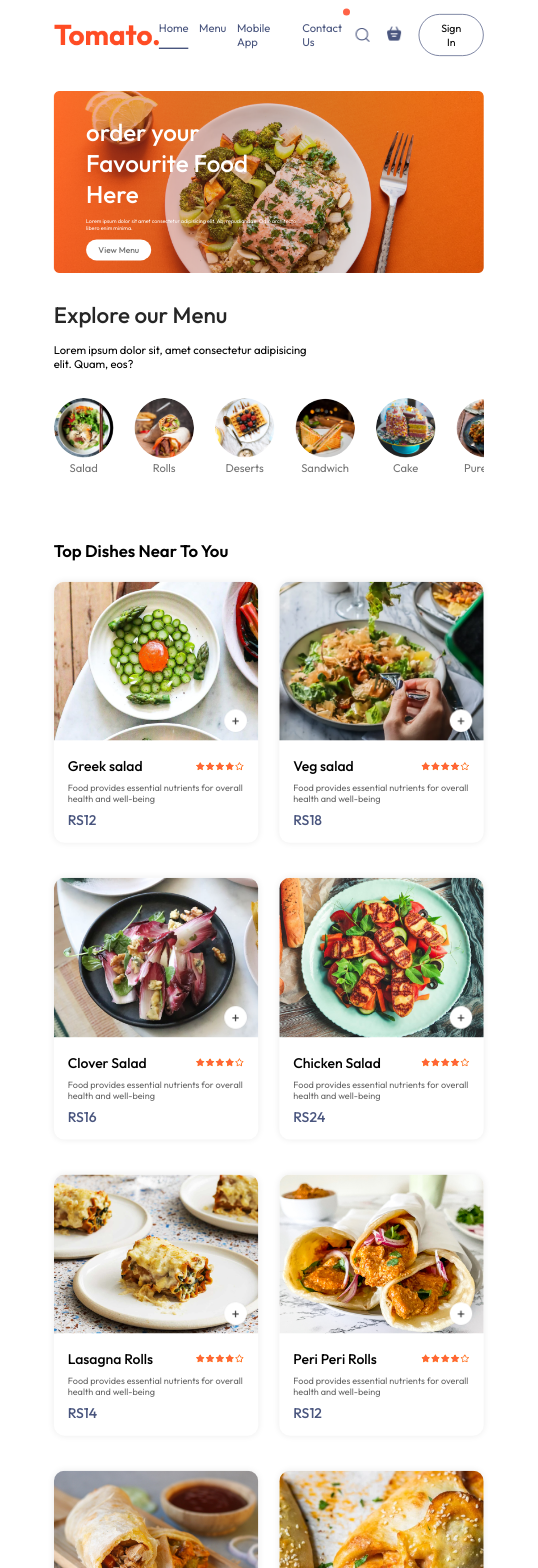
Repository: Attar786/Food-ordering-app
Page: / (app in frontend/)
These files come from the project's save history. The page is drawn as it stood at one moment and after the next save; the edit follows.
The browser window is 768 px wide. The pictures show the part of the page from y = 0 to 2240 px (the page is 8457 px tall before and 8437 px after), at 70% of full size.
The project was rebuilt for these pictures with package versions that can differ from the ones it lists, and the page was loaded fresh each time. Also part of the build but not shown: frontend/vite.config.js, frontend/src/pages/Cart/Cart.css, frontend/src/pages/Cart/Cart.jsx, frontend/src/pages/PlaceOrder/PlaceOrder.css, frontend/src/pages/PlaceOrder/PlaceOrder.jsx.

Above is the page before, as saved 2024-07-29 14:43:05.

### frontend/src/main.jsx
import ReactDOM from 'react-dom/client'
import App from './App.jsx'
import './index.css'
import {BrowserRouter} from 'react-router-dom'
import StoreContextProvider from './context/StoreContext.jsx'
ReactDOM.createRoot(document.getElementById('root')).render(
<BrowserRouter>

<StoreContextProvider>
<App />
</StoreContextProvider>

    </BrowserRouter>
)

### frontend/src/App.jsx
import './index.css'
import Navbar from "./components/Navbar/Navbar"
import Home from './pages/Home/Home'
import Cart from './pages/Cart/Cart'
import PlaceOrder from './pages/PlaceOrder/PlaceOrder'
import { Route, Routes } from 'react-router-dom'
import Footer from './components/Footer/Footer'


function App() {

  return (
    <>

  <div className='app'>
  <Navbar/>
<Routes>
<Route path='/' element={<Home/>}/>
<Route path='/cart' element={<Cart/>}/>
<Route path='/order' element={<PlaceOrder/>}/>

</Routes>
  </div>
  <Footer/>
    </>
  )
}

export default App

### frontend/src/index.css
@import url('https://fonts.googleapis.com/css2?family=Outfit:wght@100..900&display=swap');


*{
margin: 0;
padding: 0;
 box-sizing: border-box;
 font-family: outfit;
}
body{
height: 100vh;
}
a{
text-decoration: none;
color : inherit;
}
.app{
    width: 80%;
    margin: auto;
}
@keyframes fadeIn{
    0%{
        opacity: 0;
    }
    100%{
        opacity: 1;
    }
}

### frontend/src/context/StoreContext.jsx
import './StoreContext.css';
import { createContext, useEffect, useState } from 'react';
import { food_list } from '../assets/assets'; // Ensure this path is correct and food_list is correctly exported

export const StoreContext = createContext(null);

const StoreContextProvider = (props) => {
  const [cartItems, setCartItems] = useState({});

  const addToCart = (itemId) => {
    if (!cartItems[itemId]) {
      setCartItems((prev) => ({ ...prev, [itemId]: 1 }));
    } else {
      setCartItems((prev) => ({ ...prev, [itemId]: prev[itemId] + 1 }));
    }
  };

  const removeFromCart = (itemId) => {
    setCartItems((prev) => {
      const newCount = prev[itemId] - 1;
      if (newCount <= 0) {
        const { [itemId]: _, ...rest } = prev;
        return rest;
      } else {
        return { ...prev, [itemId]: newCount };
      }
    });
  };

  useEffect(() => {
    console.log(cartItems);
  }, [cartItems]);

  const contextValue = {
    food_list,
    cartItems,
    setCartItems,
    addToCart,
    removeFromCart,
  };

  return (
    <StoreContext.Provider value={contextValue}>
      {props.children}
    </StoreContext.Provider>
  );
};

export default StoreContextProvider;

### frontend/src/components/Navbar/Navbar.jsx
import { useState } from 'react';
import './Navbar.css';
import { assets } from '../../assets/assets';

const Navbar = () => {
  const [menu, setMenu] = useState("home");

  const handleMenuClick = (menuItem) => {
    setMenu(menuItem);
  };

  return (
    <div className="Navbar">
      <img src={assets.logo} alt="Logo" className="logo" />
      <ul className="navbar-menu">
        <li onClick={() => handleMenuClick("home")} className={menu === "home" ? "active" : ""}>Home</li>
        <li onClick={() => handleMenuClick("menu")} className={menu === "menu" ? "active" : ""}>Menu</li>
        <li onClick={() => handleMenuClick("mobile-app")} className={menu === "mobile-app" ? "active" : ""}>Mobile App</li>
        <li onClick={() => handleMenuClick("contact-us")} className={menu === "contact-us" ? "active" : ""}>Contact Us</li>
      </ul>
      <div className="navbar-right">
        <img src={assets.search_icon} alt="search-icon" />
        <div>
          <img src={assets.basket_icon} alt="icons" />
          <div className="dot"></div>
        </div>
        <button>Sign In</button>
      </div>
    </div>
  );
}

export default Navbar;

### frontend/src/pages/Home/Home.jsx
import {useState} from 'react'
import Header from '../../components/Header/Header'
import ExploreMenu from '../../components/ExploreMenu/ExploreMenu'
import './Home.css'
import FoodDisplay from '../../components/FoodDisplay/FoodDisplay'
import AppDownload from '../../components/AppDownload/AppDownload'

const Home = () => {
    const [category , setCategory ] = useState('All')
  return (
    <>
<Header/>
<ExploreMenu category={category} setCategory={setCategory}/>
<FoodDisplay category={category} />
<AppDownload/>

</>
)
}

export default Home

### frontend/src/components/Footer/Footer.jsx
import "./Footer.css"
import { assets } from "../../assets/assets"
const Footer = () => {
  return (
    <div className="footer" id="footer">
<div className="footer-content">
    <div className="footer-content-left">
        <img src={assets.logo} alt="fsf" />
    <p>  Lorem ipsum dolor icta fugit magnam temporibus aperiam autem sit optio blanditiis similique distinctio minima quia commodi consequuntur. Lorem ipsum dolor sit consectetur adipisicing elit. Iste, ex.</p>
    <div className="footer-social-icons">
        <img src={assets.facebook_icon} alt="" />
        <img src={assets.twitter_icon} alt="" />
        <img src={assets.linkedin_icon} alt="" />
    </div>

    </div>
    <div className="footer-content-center">
    <h1>Company</h1>
        <ul>
        <li>Home</li>
        <li>AboutUs</li>
        <li>Delivery</li>
        <li>Privacy Policy</li>
        </ul>
    </div>
    <div className="footer-content-right">
        <h2>Get In Touch</h2>
        <ul>
            <li>
                +923333333333
            </li>
            <li>
                contact@gmail.com
            </li>
        </ul>
    </div>
</div>
<hr/>
<p className="footer-copyright">
copyright 2024 All right restricted
</p>

    </div>
  )
}

export default Footer

### frontend/src/components/Navbar/Navbar.css
.Navbar{
    padding: 20px 0;
    display: flex;
    justify-content: space-between;
    align-items: center;
}
.Navbar .logo{
    width: 150px;
}
.navbar-menu{
    display: flex;
    list-style: none;
    gap: 20px;
    font: 18px;
    color: #49557e;
    cursor: pointer;
}
.navbar-right{
    display: flex;
    align-items: center;
    gap: 25px;

}
.Navbar button{
    font-size: 15px;
    border: 1px solid #49557e;
    background: transparent;
    padding: 10px 25px;
    cursor: pointer;
    border-radius: 40px;
    transition: 0.3s;
}
.Navbar button:hover{
    background-color: #fff4f2;
}
.Navbar .navbar-menu .active{
    padding-bottom: 2px;
    border-bottom: 2px solid #49557e;

}
.search-icon{
    position: relative;
}
/* .search-icon .dot{ */
    /* position: absolute;
    top: -5px;
    right: -5px;
    width: 10px;
    height: 10px;
    background-color: blue;
    border-radius: 50%;
} */
.dot {
    position: absolute;
    top: 12px; /* Adjust as needed */
    right: 268px; /* Adjust as needed */
    width: 10px;
    height: 10px;
    background-color: tomato;
    border-radius: 50%;}
    @media (max-width: 1050px)
    {
        .navbar .log{
            width: 140px;
        }
        .navbar-menu{
            gap: 20px;
            font-size: 17px;
        }
        .nav-right {
            gap: 30px;
        };
        .navbar-right img{
            width: 22px;
        }
        .navbar-right bottom{
            padding: 8px 25px;
        };

    }

    @media (max-width: 900px)
    {
        .navbar .log{
            width: 120px;
        }
        .navbar-menu{
            gap: 15px;
            font-size: 16px;
        }
        .nav-right {
            gap: 20px;
        }
        .navbar-right img{
            width: 20px;
        }
        .navbar-right botton{
            width: 150px;
            padding: 7px 15px;
            font-size: 12px;
        }
    }

    @media (max-width: 750px)
    {

        .navbar-menu{
            display: none;;
        }
    }

### frontend/src/components/Header/Header.jsx
import "./Header.css";
const Header = () => {
  return (
    <div className="header">
      <div className="header-contents">
        <h2>order your Favourite Food Here</h2>
        <p>
          Lorem ipsum dolor sit amet consectetur adipisicing elit. Ab,
          repudiandae. Odio architecto libero enim minima.
        </p>
        <button>View Menu</button>
      </div>
    </div>
  );
};

export default Header;

### frontend/src/components/ExploreMenu/ExploreMenu.jsx
import './ExploreMenu.css'
import { menu_list } from '../../assets/assets';
import PropTypes from 'prop-types'
const ExploreMenu = ({ category, setCategory }) => {
  return (
    <div className='explore-menu' id='explore-menu'>
      <h1 className='explore-menu-title'>Explore our Menu</h1>
      <p className='explore-menu-text'>Lorem ipsum dolor sit, amet consectetur adipisicing elit. Quam, eos?</p>
      <div className='explore-menu-list'>
        {menu_list.map((item, index) => {
          return (
            <div onClick={() => setCategory(prev => prev === item.menu_name ? "All" : item.menu_name)} key={index} className='explore-menu-list-item'>
              <img className={category === item.menu_name ? "active" : ""} src={item.menu_image} alt="" />
              <p>{item.menu_name}</p>
            </div>
          )
        })}
      </div>
      <hr />
    </div>
  )
}
    ExploreMenu.propTypes = {
    category: PropTypes.string.isRequired,
    setCategory: PropTypes.func.isRequired,
  };

export default ExploreMenu;

### frontend/src/components/FoodDisplay/FoodDisplay.jsx
import { useContext } from 'react';
import './FoodDisplay.css';
import { StoreContext } from '../../context/StoreContext';
import FoodItem from '../FoodItem/FoodItem';

const FoodDisplay = ({ category }) => {
  const { food_list = [] } = useContext(StoreContext); // Provide a default value

  if (!food_list.length) {
    return <div>Loading...</div>; // Handle loading state or error
  }

  return (
    <div className='food-display' id='food-display'>
      <h2>Top Dishes Near To You</h2>
      <div className='food-display-list'>
        {food_list
          .filter(item => category === "All" || category === item.category)
          .map((item, index) => (
            <FoodItem
              key={index}
              id={item._id}
              name={item.name}
              description={item.description}
              price={item.price}
              image={item.image}
            />
          ))}
      </div>
    </div>
  );
};

export default FoodDisplay;

### frontend/src/components/AppDownload/AppDownload.jsx
import { assets } from "../../assets/assets"
import "./AppDownload.css"
const AppDownload = () => {
  return (
    <div className="app-download" id="app-download">
      <p>Fore Better Experience<br />Download our app</p>
    <div className="app-download-platforms">
        <img src={assets.play_store} alt="" />
        <img src={assets.app_store} alt="" />
    </div>


    </div>
  )
}

export default AppDownload

### frontend/src/components/Footer/Footer.css
.footer {
    color: #d9d9d9;
    background-color: hsl(0, 0%, 20%);
    display: flex;
    flex-direction: column;
    align-items: center;
    gap: 20px;
    padding: 30px 8vw; /* Fixed padding syntax */
    padding-top: 40px;
    margin-top: 100px;
}

.footer-content {
    width: 100%;
    display: grid;
    grid-template-columns: 2fr 1fr 1fr;
    gap: 80px;
}

.footer-content-left, .footer-content-center, .footer-content-right {
    display: flex;
    flex-direction: column;
    align-items: start;
    gap: 20px;
}

.footer-content-left li, .footer-content-center li, .footer-content-right li {
    list-style: none;
    cursor: pointer;
}
.footer-content-center h2, .footer-content-right h2 {
    color: white;
}
.footer-social-icons img {
width: 40px;
margin: 15px;
}
.footer hr{
    width: 100%;
    height: 2px;
    margin: 20px 0;
    background-color : gray;
    border: none;
}

### frontend/src/components/Header/Header.css
.header{
    height: 35vw;
    margin: 30px auto;
    background: url('/header_img.png') no-repeat;
    background-size: contain;
    position: relative;
}
.header-contents{
position: absolute;
display: flex;
flex-direction: column;
align-items: start;
gap: 1.5vw;
max-width: 50%;
bottom: 10%;
left: 6vw;
animation: fadeIn 3s;
}

.header-contents h2{
    font-weight: 500;
    color: white;
    font-size: max(4.5vw, 22px);
}
.header-contents p{
    color: white;
    font-size: 1vw;

}
.header-contents button{
    font-weight: 500;
    color: #747474;
    border: none;
    padding: 1vw 2.3vw;
    background-color: white;
    border-radius: 50px;
    font-size: max(1vw,12px);


}

### frontend/src/components/ExploreMenu/ExploreMenu.css
.explore-menu{
    display: flex;
    flex-direction: column;
    gap: 20px;
}
.explore-menu h1{
    color: #262626;
    font-weight: 500;
}
.explore-menu-text{
    max-width: 60%;
    columns: #808080;
}
.explore-menu-list {
    display: flex;
    justify-content: space-between;
    align-items:center;
    gap: 30px;
    text-align: center;
    margin: 20px 0px;
    overflow: scroll;
}
.explore-menu-list::-webkit-scrollbar{
    display: none;
}
.explore-menu-list-item img{
    width: 7.5vw;
    min-width: 85px;
    cursor: pointer;
    border-radius: 50%;
    transition: 0.3s;
}

.explore-menu-list-item p{
    cursor: pointer;
    color: #747474;
    font-size: max(1.4vw, 16px)
}
.explore-menu hr{
    margin: 10px 0px;
    height: 2px;
    color: #e2e2e2;
    border: none;
}
.explore-menu-list-item .active{
    border:3px solid tomato;
    padding: 2px;
}

### frontend/src/components/FoodDisplay/FoodDisplay.css
.food-display{
    margin-top: 30px;
}
.food-display h2{
    font-size: max(2vw, 24px);
    font-weight: 600;
}
.food-display-list{
    display: grid;
    grid-template-columns: repeat(auto-fill,minmax(240px,1fr));
    margin-top: 30px;
    gap: 30px;
    row-gap: 50px;
}

### frontend/src/components/FoodItem/FoodItem.jsx
import './FoodItem.css';
import { assets } from '../../assets/assets';
import { useContext } from 'react';
import { StoreContext } from '../../context/StoreContext';

const FoodItem = ({ id, name, price, description, image }) => {
  const { cartItems, addToCart, removeFromCart } = useContext(StoreContext);

  return (
    <div className='food-item'>
      <div className='food-item-img-container'>
        <img className='food-item-image' src={image} alt={name} />
        {
          !cartItems[id]
            ? <img className='add' onClick={() => addToCart(id)} src={assets.add_icon_white} alt="" />
            : <div className='food-item-counter'>
                <img onClick={() => removeFromCart(id)} src={assets.remove_icon_red} alt="" />
                <p>{cartItems[id]}</p>
                <img onClick={() => addToCart(id)} src={assets.add_icon_green} alt="" />
              </div>
        }
      </div>
      <div className='food-item-info'>
        <div className='food-item-name-rating'>
          <p>{name}</p>
          <img src={assets.rating_starts} alt="Rating" />
        </div>
        <p className='food-item-description'>
          {description}
        </p>
        <p className='food-item-price'>RS{price}</p>
      </div>
    </div>
  );
};

export default FoodItem;

### frontend/src/components/AppDownload/AppDownload.css
.app-download{
    margin: auto auto;
    margin-top: 100px;
    font-size: max(3vw, 15px);
    text-align: center;
    font-weight: 500;
}
.app-download-platforms
{
display: flex;
justify-content: center;
gap: max(2vw, 10px);
margin-top: 40px;

}
.app-download-platforms img{
    cursor: pointer;
    width: 150px;
}
.app-download-platforms img:hover{
   transform: scale(1.05);
   transition: 2s ease-in-out;
}

### frontend/src/components/FoodItem/FoodItem.css
.food-item{
    width: 100%;
    border-radius: 15px;
    box-shadow: 0px 0px 10px #00000015;
    transition: 0.3s;
    animation: fadeIn 1s;
}
.food-item-image{
    width: 100%;
    border-radius : 15px 15px 0px 0px;
}

.food-item-info{
    padding: 20px;
}
.food-item-name-rating{
    display: flex;
    justify-content: space-between;
    align-items: center;
    margin-bottom: 10px;
}
.food-item-name-rating p{
    font-size: 20px;
    font-weight: 500;

}
.food-item-name-rating img {
    width: 70px;

}
.food-item-description{
    color: #676767;
    font-size: 13px;
}
.food-item-price{
    margin-top: 10px;
    color: #49557e;
    font-size: 20px;
    font-weight: 500;
}
.food-item-img-container{
    position: relative;
}

.food-item-img-container .add{
    width: 35px;
    position:absolute;
    bottom: 15px;
    right: 15px;
    cursor: pointer;
    border-radius: 50%;
}
.food-item-counter{
    position: absolute;
    bottom: 15px;
    right: 15px;
    background-color: white;
    display: flex;
    align-items: center;
    gap: 10px;
    cursor: pointer;
    padding: 6px;
    border-radius:50px;

}
.food-item-counter img{
    width: 30px;
}

Loaded but not shown: frontend/index.html (common file); frontend/src/assets/assets.js (350 lines, source omitted); frontend/src/context/StoreContext.css (no stored copy; drawn as an empty file); frontend/src/pages/Home/Home.css (no stored copy; drawn as an empty file)

After the next save:
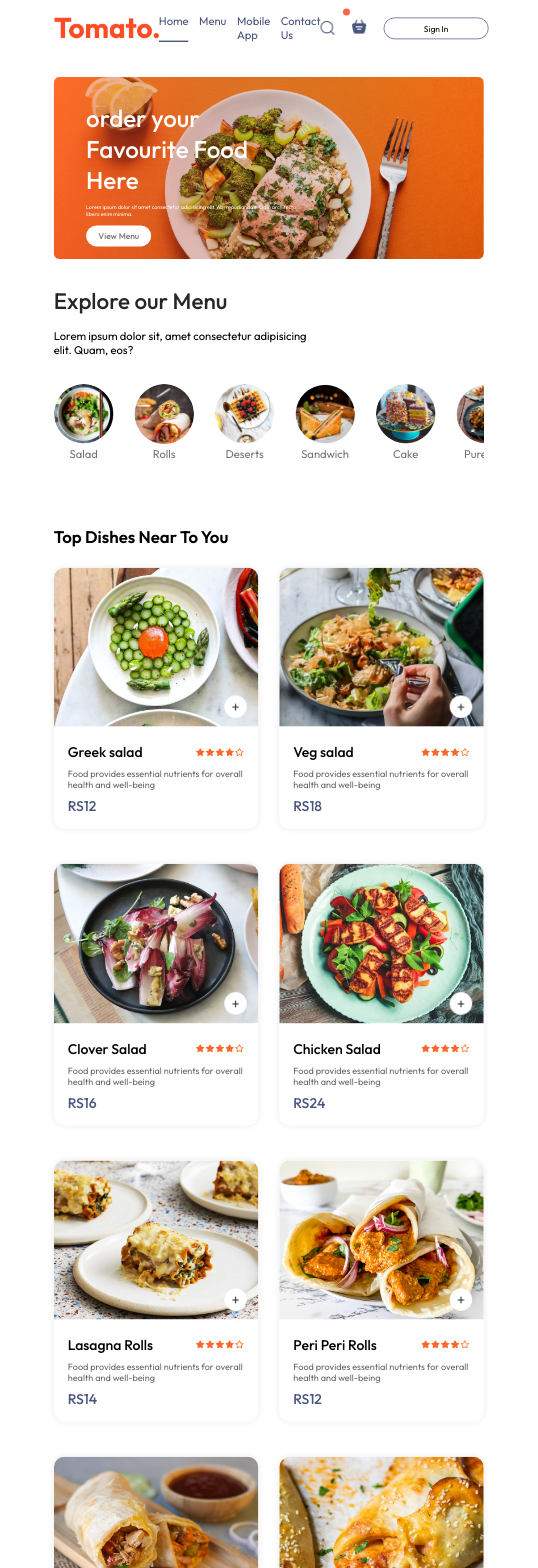
Saved 32 s later.
--- a/frontend/src/components/Navbar/Navbar.css
+++ b/frontend/src/components/Navbar/Navbar.css
@@ -73,7 +73,7 @@
         .navbar-right img{
             width: 22px;
         }
-        .navbar-right bottom{
+        .navbar-right button{
             padding: 8px 25px;
         };
 
@@ -94,7 +94,7 @@
         .navbar-right img{
             width: 20px;
         }
-        .navbar-right botton{
+        .navbar-right button{
             width: 150px;
             padding: 7px 15px;
             font-size: 12px;
